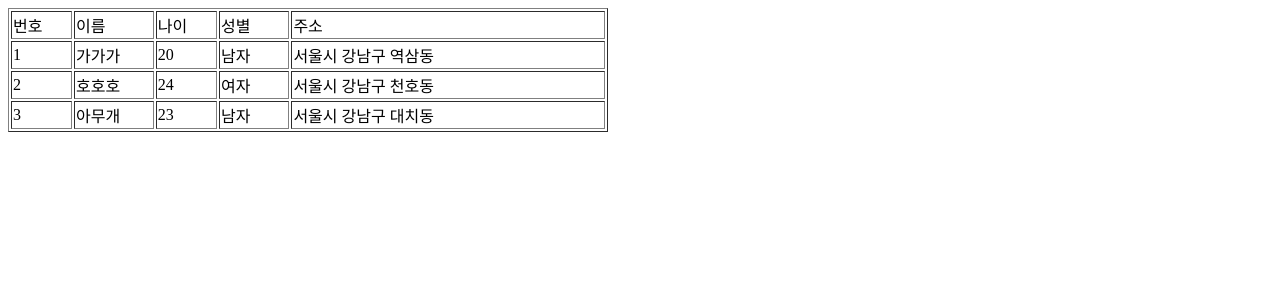
Repository: hb6700/client
Page: ClientTest/src/main/webapp/html/ex16_table.html
The author's editor kept a copy of each file at every save. The page is drawn from the files as they stood at one save, then again after the next save.
The browser window is 1280 px wide. The pictures show the whole page.

Above is the page before, as saved 2023-09-21 01:08:57.

### ClientTest/src/main/webapp/html/ex16_table.html
<!DOCTYPE html>
<html>
	<head>
		<meta charset="UTF-8">
	<title>ex16_table</title>
	</head>
	<body>
		<!--
		주소록
		1. 기본작성<table> <tr> <td>
		2. 데이터 작성
		3. 크기 > 전체너비 > 열 너비
			** 높이(X) > 데이터 추가/삭제 > 높이 변경해야 하기 때문에
		-->
		<table border = "1" width="600">
			<!-- 테이브 헤더 -->
			<tr>
				<td width="60">번호</td>
				<td width="80">이름</td>
				<td width="60">나이</td>
				<td width="70">성별</td>
				<td width="330">주소</td>
			</tr>

			<!-- 테이블 본문 -->
			<tr>
				<td>1</td>
				<td>가가가</td>
				<td>20</td>
				<td>남자</td>
				<td>서울시 강남구 역삼동</td>
			</tr>
			<tr>
				<td>2</td>
				<td>호호호</td>
				<td>24</td>
				<td>여자</td>
				<td>서울시 강남구 천호동 </td>
			</tr>
			<tr>
				<td>3</td>
				<td>아무개</td>
				<td>23</td>
				<td>남자</td>
				<td>서울시 강남구 대치동 </td>
			</tr>
		</table>
	</body>
</html>

After the next save:
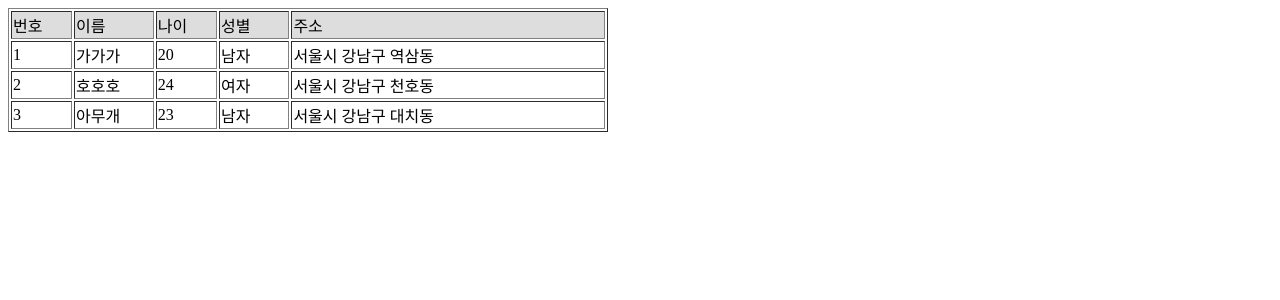
Saved 26 s later.
--- a/ClientTest/src/main/webapp/html/ex16_table.html
+++ b/ClientTest/src/main/webapp/html/ex16_table.html
@@ -14,7 +14,7 @@
 		-->
 		<table border = "1" width="600">
 			<!-- 테이브 헤더 -->
-			<tr>
+			<tr bgcolor="#dddddd">
 				<td width="60">번호</td>
 				<td width="80">이름</td>
 				<td width="60">나이</td>
